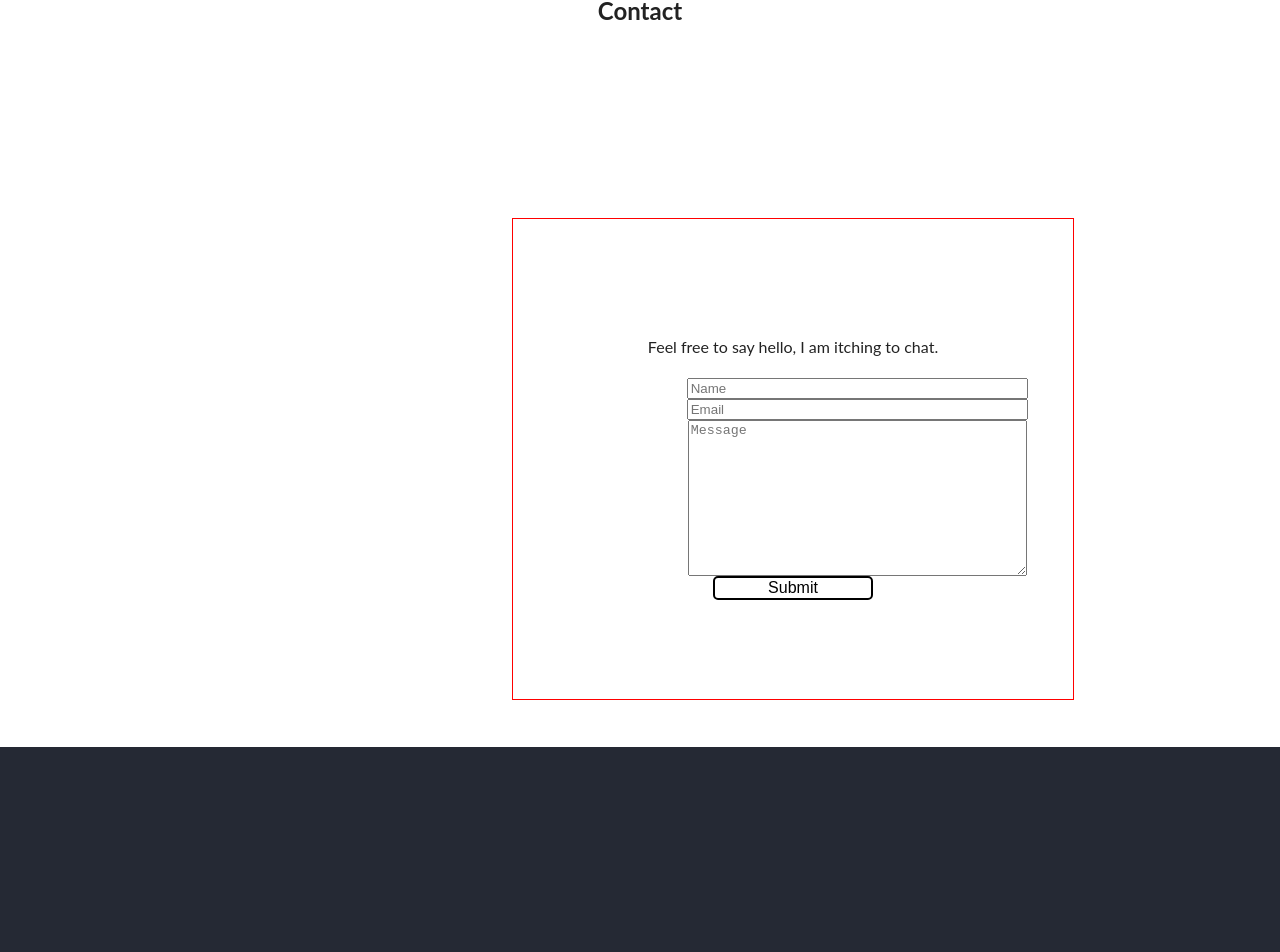
Repository: blessingNtoko/portfolio_noangular
Page: index.html
An editor plug-in stored every save of this project. The page is shown before and after the next save, followed by the edit.
The browser window is 1280 px wide. The pictures show the part of the page from y = 3233 to 4185 px (the page is 4700 px tall).
Backgrounds fixed to the window are drawn as part of the page.

Above is the page before, as saved 2020-01-01 17:47:51.

### index.html
<!DOCTYPE html>
<html lang="en">

<head>
    <meta charset="UTF-8">
    <meta name="viewport" content="width=device-width, initial-scale=1.0">
    <meta http-equiv="X-UA-Compatible" content="ie=edge">
    <link rel="stylesheet" href="css/index.css">
    <title>Portfolio</title>
</head>

<body>
    <div class="pimg1" id="particles-js">
        <div class="ptext">
            <span class="border">
                Hi There!
            </span><br><br>
            <p>
                I am <span id="myName">Blessing Ntoko</span>.<br> A Front-end developer and budding UI/UX Designer.
            </p>
        </div>
    </div>
    <section class="section">
        <h1>About</h1><br>
        <div class="infoContain">
            <article class="infoOnMe">
                <img class="picMe" src="images/me.jpg" alt="Picture of me">
                <p>Lorem ipsum dolor, sit amet consectetur adipisicing elit. Voluptatum, quasi? Deleniti laudantium ratione fugiat vero dolor repellat magni at sequi quis delectus culpa ipsum accusantium laboriosam, consectetur nostrum necessitatibus libero,
                    assumenda ex cupiditate. Possimus voluptas hic ullam vitae nostrum, voluptate omnis reprehenderit eius laudantium, blanditiis saepe eum fuga odit consequatur tempore modi aliquam. Enim reiciendis velit eum laboriosam dolorum magni!</p>
            </article><br>
            <h2>My Toys</h2>
            <div class="myToys">
                <img class="toy toy1" src="images/HTML5_1Color_Black.svg" alt="HTML Logo">
                <img class="toy toy2" src="images/css3.svg" alt="CSS Logo">
                <img class="toy toy3" src="images/javascript.svg" alt="Javascript Logo">
                <img class="toy toy4" src="images/AngularJS-Shield.svg" alt="Angular Logo">
                <img class="toy toy5" src="images/ionic.svg" alt="Ionic Logo">
                <img class="toy toy6" src="images/gimp-monochrome-logo-D2944540FE-seeklogo.com.png" alt="Gimp Logo">
                <img class="toy toy7" src="images/inkscape.png" alt="Inkscape Logo">
                <img class="toy toy7" src="images/node.png" alt="NodeJS Logo">
            </div>
        </div>
    </section>
    <div class="pimg2">
        <div class="ptext">
            <span class="border trans">
                Image Two text
            </span>
        </div>
    </div>
    <section class="section">
        <h2>Work</h2>
        <p>Take a look at the work that I have done</p><br><br>
        <div class="works">
            <img id="works1" src="images/color.jpg" alt="color">
            <img id="works2" src="images/colorSplash.jpg" alt="colorSplash">
        </div>
    </section>
    <div class="pimg3">
        <div class="ptext">
            <span class="border trans">
                Image Three text
            </span>
        </div>
    </div>
    <section class="section section-dark contactSection">
        <h2>Contact</h2>
        <form id="contactForm" class="formOfContact">
            <p>Feel free to say hello, I am itching to chat.</p>
            <input type="text" id="formName" placeholder="Name" class="inputs" required>
            <input type="text" id="formEmail" placeholder="Email" class="inputs" required>
            <textarea name="message" id="formMess" cols="30" rows="10" class="inputs" placeholder="Message" required></textarea>
            <input type="submit" id="submit" value="Submit">
        </form>
    </section>
    <div class="pimg1">
        <div class="ptext">
            <span class="border">
                Have a great day!
            </span>
        </div>
    </div>
    <script src="https://cdn.jsdelivr.net/particles.js/2.0.0/particles.min.js"></script>
    <script>
        particlesJS.load('particles-js', 'assets/particles.json', function() {
            console.warn('particles.json loaded...');
        })
    </script>
    <script src="javascript/index.js"></script>
</body>

</html>

### css/index.css
body,
html {
    height: 100%;
    margin: 0;
    font-size: 16px;
    font-family: "Lato", sans-serif;
    font-weight: 400;
    line-height: 1.8em;
    color: white;
}

.pimg1,
.pimg2,
.pimg3 {
    position: relative;
    opacity: 1;
    background-position: center;
    background-size: cover;
    background-repeat: no-repeat;
    /* fixed = parallax
        scroll = normal
    */
    background-attachment: fixed;
    transition: all .3s;
}

.pimg1 {
    background-color: #252934;
    min-height: 100vh;
}

.pimg2 {
    background-image: url(https://source.unsplash.com/random/1920x1200);
    min-height: 400px;
    opacity: 0.7;
}

.pimg2:hover {
    opacity: 1;
}

.pimg3 {
    background-image: url(https://source.unsplash.com/random/1920x1080);
    min-height: 400px;
    opacity: 0.7;
}

.pimg3:hover {
    opacity: 1;
}

.section {
    text-align: center;
    padding: 50px 80px;
    background: #fff;
    color: #222;
    height: 100vh;
}

.ptext {
    position: absolute;
    top: 40%;
    width: 100%;
    text-align: center;
    color: white;
    font-size: 27px;
    letter-spacing: 8px;
    text-transform: uppercase;
}

.ptext .border {
    background-color: #111;
    color: #fff;
    padding: 20px 30px;
}

.ptext .border .trans {
    background-color: transparent;
}

#myName {
    color: rgb(190, 32, 58);
}

.infoOnMe {
    display: flex;
    flex-direction: column;
    justify-content: center;
    align-items: center;
    width: 40%;
}

.picMe {
    width: 30%;
    height: 30%;
    opacity: 0.6;
    transition: all .3s;
    border-radius: 60px;
}

.picMe:hover {
    opacity: 1;
}

.infoContain {
    display: flex;
    flex-direction: column;
    justify-content: center;
    align-items: center;
}

.myToys {
    display: flex;
    flex-direction: row;
    justify-content: space-between;
    align-content: center;
    flex-wrap: wrap;
}

.toy {
    width: 10%;
    height: 10%;
    transition: all .3s;
    opacity: 0.5;
}

.toy:hover {
    opacity: 1;
}

.works {
    display: flex;
    flex-direction: row;
    justify-content: center;
    align-items: center;
}

#works1 {
    width: 50%;
    height: 50%;
    opacity: 0.6;
    transition: all .3s;
}

#works2 {
    width: 50%;
    height: 50%;
    opacity: 0.6;
    transition: all .3s;
}

#works1:hover {
    opacity: 1;
}

#works2:hover {
    opacity: 1;
}

.formOfContact {
    display: flex;
    flex-direction: column;
    justify-content: center;
    align-items: center;
    border: 1px solid red;
    width: 50%;
    height: 30em;
    margin-left: 27em;
    margin-top: 12em;
}


/* .formField {
    border: none;
    display: flex;
    flex-direction: column;
    justify-content: center;
    align-items: center;
    width: 9em;
    border: 1px solid black;
    width: 70%;
    line-height: .5em;
} */

.inputs {
    margin-left: 23%;
    width: 25em;
}


/* .contactSection {
    text-align: center;
} */

#submit {
    width: 10em;
    background-color: transparent;
    color: black;
    border: 2px solid black;
    border-radius: 5px;
    font-size: 12pt;
    padding: .5em auto;
    transition: all .3s;
}

#submit:hover {
    background-color: black;
    color: white
}

@media(max-width: 560px) {
    .pimg1,
    .pimg2,
    .pimg3 {
        background-attachment: scroll;
    }
}

### javascript/index.js
const contactForm = document.querySelector('#contactForm');
const formName = document.querySelector('#formName');
const formEmail = document.querySelector('#formEmail');
const formMess = document.querySelector('#formMess');

contactForm.addEventListener('submit', onSubmit);

function onSubmit(e) {
    e.preventDefault();

    const formContact = {
        name: formName.value,
        email: formEmail.value,
        message: formMess.value
    };

    console.log('[Contact Form]>>>>', formContact);

    const xhr = new XMLHttpRequest();

    let urlEncodedData = '';
    let urlEncodedDataPairs = [];
    let name;

    // Turn data object into anm array of URL-encoded key/value pairs.
    for (name in formContact) {
        urlEncodedDataPairs.push(encodeURIComponent(name) + '=' + encodeURIComponent(formContact[name]));
    }

    contactForm.reset();
}

### assets/particles.json
{
    "particles": {
        "number": {
            "value": 80,
            "density": {
                "enable": true,
                "value_area": 800
            }
        },
        "color": {
            "value": "#000"
        },
        "shape": {
            "type": "circle",
            "stroke": {
                "width": 1,
                "color": "#000"
            },
            "polygon": {
                "nb_sides": 5
            },
            "image": {
                "src": "img/github.svg",
                "width": 100,
                "height": 100
            }
        },
        "opacity": {
            "value": 1,
            "random": false,
            "anim": {
                "enable": false,
                "speed": 1,
                "opacity_min": 0.1,
                "sync": false
            }
        },
        "size": {
            "value": 5,
            "random": true,
            "anim": {
                "enable": true,
                "speed": 30,
                "size_min": 0.1,
                "sync": false
            }
        },
        "line_linked": {
            "enable": true,
            "distance": 40,
            "color": "#ffffff",
            "opacity": 0.4,
            "width": 1
        },
        "move": {
            "enable": true,
            "speed": 6,
            "direction": "none",
            "random": false,
            "straight": false,
            "out_mode": "out",
            "bounce": false,
            "attract": {
                "enable": false,
                "rotateX": 600,
                "rotateY": 1200
            }
        }
    },
    "interactivity": {
        "detect_on": "canvas",
        "events": {
            "onhover": {
                "enable": true,
                "mode": "repulse"
            },
            "onclick": {
                "enable": true,
                "mode": "push"
            },
            "resize": true
        },
        "modes": {
            "grab": {
                "distance": 400,
                "line_linked": {
                    "opacity": 1
                }
            },
            "bubble": {
                "distance": 400,
                "size": 40,
                "duration": 2,
                "opacity": 0.8,
                "speed": 3
            },
            "repulse": {
                "distance": 150,
                "duration": 0.4
            },
            "push": {
                "particles_nb": 50
            },
            "remove": {
                "particles_nb": 2
            }
        }
    },
    "retina_detect": true
}

After the next save:
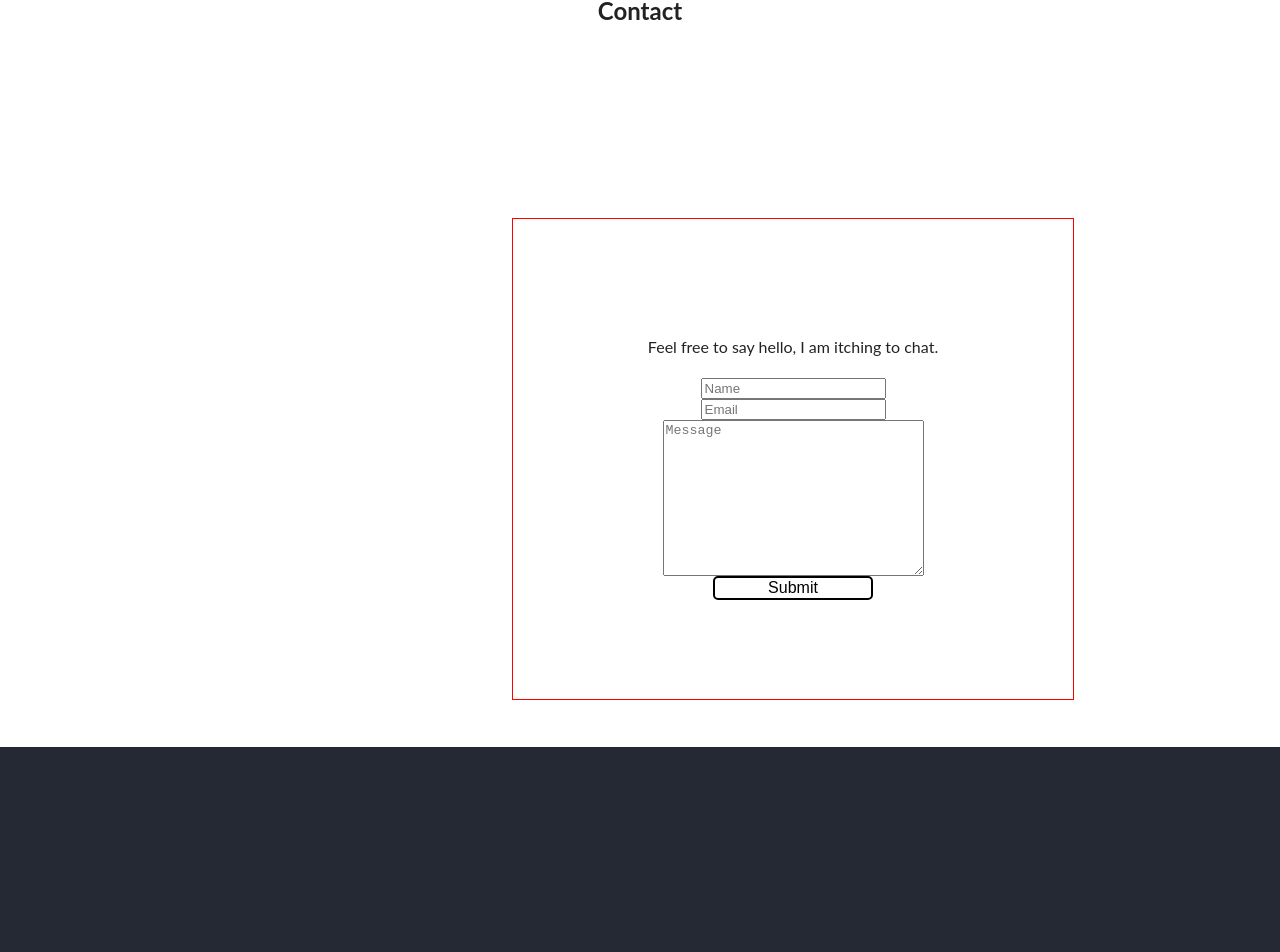
Saved 39 s later.
--- a/css/index.css
+++ b/css/index.css
@@ -182,10 +182,11 @@
     line-height: .5em;
 } */
 
-.inputs {
+
+/* .inputs {
     margin-left: 23%;
     width: 25em;
-}
+} */
 
 
 /* .contactSection {
